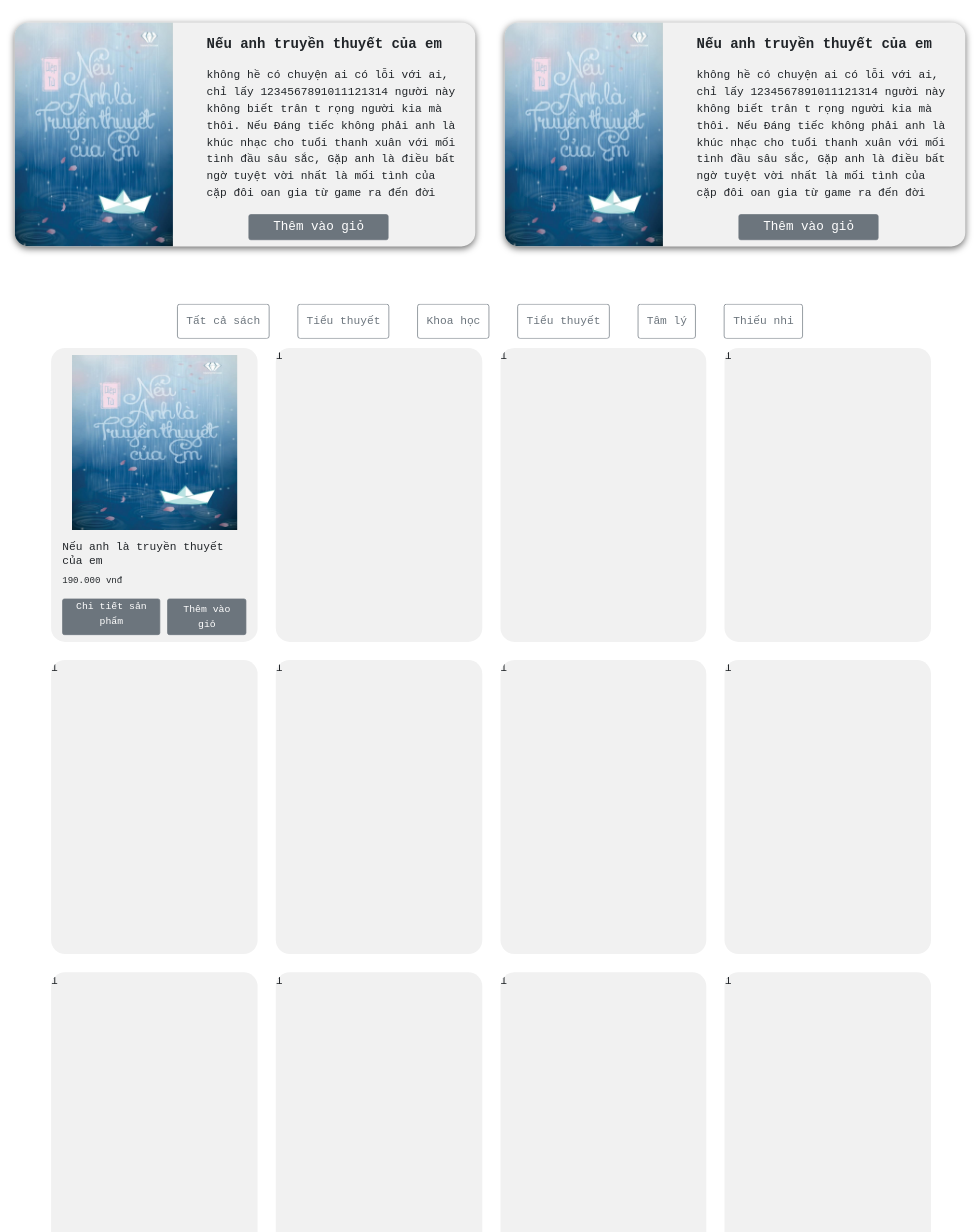
Repository: VuNgocLong2626/exercise_web_CT428
Page: VuNgocLongB1805784/user/test.html
The author's editor kept a copy of each file at every save. The page is drawn from the files as they stood at one save, then again after the next save.
The browser window is 1280 px wide. The page is 1400 px wide, so the pictures cover 1400 px, including what lies to the right of the window. The pictures show the part of the page from y = 760 to 2520 px (the page is 3000 px tall), at 70% of full size.

Above is the page before, as saved 2021-10-04 14:58:15.

### VuNgocLongB1805784/user/test.html
<!doctype html>
<html lang="en">
  <head>
    <!-- Required meta tags -->
    <meta charset="utf-8">
    <meta name="viewport" content="width=device-width, initial-scale=1">

    <!-- Bootstrap CSS -->
    <link href="https://cdn.jsdelivr.net/npm/bootstrap@5.0.2/dist/css/bootstrap.min.css" rel="stylesheet" integrity="sha384-EVSTQN3/azprG1Anm3QDgpJLIm9Nao0Yz1ztcQTwFspd3yD65VohhpuuCOmLASjC" crossorigin="anonymous">
    <link rel="stylesheet" href="./css/test.css">
    <title>Document</title>
</head>
<body>
    <!-- <div class="header" style="margin-top: 400px;">
        <img src="./image/logo120.png" alt="hinh logo" style="margin-left: 40px;">
        <div class="ahihi">
            <div class="login">Login</div>
            <div class="Register">Register</div>
        </div>
    </div> -->
    <div class="main-contens">
        <div class="header">
            <img src="./image/logo120.png" alt="hinh logo" style="margin-left: 40px;">
            <div class="from-individual">
                <button type="button" class="btn btn-outline-secondary" style="margin-right: 20px;">Login</button>
                <button type="button" class="btn btn-outline-secondary">Register</button>
            </div>
        </div>
        <div class="baner" >
            <img src="./image/4-2.png" alt="">
        </div>
        <div class="selling-products">
            <div class="title">Sản phẩm Bán chạy nhất</div>
            <div class="information-hot">
                <div class="selling">
                    <div class="row row-style">
                        <div class="col-5">
                            <img src="./image/TT1.jpg" alt="" style="height: 320px;">
                        </div>
                        <div class="col-7">
                            <h5 class="title-hot">Nếu anh truyền thuyết của em</h5>
                            <div class="content-hot">
                                <p>không hề có chuyện ai có lỗi với ai, chỉ lấy 1234567891011121314 người này không biết trân t
                                    rọng người kia mà thôi. Nếu Đáng tiếc không phải anh là khúc nhạc cho tuổi thanh xuân với mối tình đầu sâu sắc,
                                    Gặp anh là điều bất ngờ tuyệt vời nhất là mối tình của cặp đôi oan gia từ game ra đến đời    </p>
                            </div>
                            <button type="button" class="btn btn-secondary btn-sm btn-hot">Thêm vào giỏ</button>
                        </div>
                    </div>
                </div>
                <div class="selling">
                    <div class="row row-style">
                        <div class="col-5">
                            <img src="./image/TT1.jpg" alt="" style="height: 320px;">
                        </div>
                        <div class="col-7">
                            <h5 class="title-hot">Nếu anh truyền thuyết của em</h5>
                            <div class="content-hot">
                                <p>không hề có chuyện ai có lỗi với ai, chỉ lấy 1234567891011121314 người này không biết trân t
                                    rọng người kia mà thôi. Nếu Đáng tiếc không phải anh là khúc nhạc cho tuổi thanh xuân với mối tình đầu sâu sắc,
                                    Gặp anh là điều bất ngờ tuyệt vời nhất là mối tình của cặp đôi oan gia từ game ra đến đời    </p>
                            </div>
                            <button type="button" class="btn btn-secondary btn-sm btn-hot">Thêm vào giỏ</button>
                        </div>
                    </div>
                </div>
            </div>
        </div>
        <div class="all-products">
            <nav>
                <button type="button" class="btn btn-outline-secondary">Tất cả sách</button>
                <button type="button" class="btn btn-outline-secondary">Tiểu thuyết</button>
                <button type="button" class="btn btn-outline-secondary">Khoa học</button>
                <button type="button" class="btn btn-outline-secondary">Tiểu thuyết</button>
                <button type="button" class="btn btn-outline-secondary">Tâm lý</button>
                <button type="button" class="btn btn-outline-secondary">Thiếu nhi</button>
            </nav>
            <div class="products">
                <div class="books">
                    <div class="card" style="width: 100%; border: none; background-color: #f1f1f1;">
                        <div>
                            <img src="./image/TT1.jpg" alt="..." style="height: 250px;width: 80%;margin-left: 30px; margin-top: 10px;">
                        </div>
                        <div class="card-body" style="font-size: 13px;">
                            <h6 class="card-title">Nếu anh là truyền thuyết của em</h6>
                            <p>190.000 vnđ</p>
                            <div style="display: flex;">
                                <a href="#" class="btn btn-secondary btn-sm" style="margin-right: 10px;padding: 0px;width: 150px;">Chi tiết sản phẩm</a>
                                <a href="#" class="btn btn-secondary btn-sm">Thêm vào giỏ</a>
                            </div>
                        </div>
                    </div>
                </div>
                <div class="books">1</div>
                <div class="books">1</div>
                <div class="books">1</div>
                <div class="books">1</div>
                <div class="books">1</div>
                <div class="books">1</div>
                <div class="books">1</div>
                <div class="books">1</div>
                <div class="books">1</div>
                <div class="books">1</div>
                <div class="books">1</div>
            </div>
        </div>

        <footer>

        </footer>
    </div>
</body>
</html>

### VuNgocLongB1805784/user/css/test.css
* {
    margin: 0;
    padding: 0;
    box-sizing: border-box;
  }

body{
    font-family: 'Courier New', Courier, monospace;
    background-color: rgb(147, 243, 243);
}

.main-contens{
    overflow: auto;
    display: block;
    width: 1400px;
    height: 100%;
    background-color: white;
    margin: 50px auto;
    border-radius: 50px;
    box-shadow:0 3px 30px 0 rgba(0, 0, 0, 0.6);
}

/* header{
    z-index: 1200;
    position: -webkit-sticky;
    position: sticky;
    background-color: red;
    width: 100%;
    height: 100px;
} */

.header{

    position: -webkit-sticky;
    position: sticky;
    height: 120px;
    width: 100%;
    /* background-color: brown;  */
    z-index: 3333;
    justify-content: space-between;
    display: flex;
    align-items: center;
    left: 0;
    top: 0;
}

.from-individual{
    justify-content: flex-end;
    display: flex;
    margin-right: 50px;
}

/* .fa{
    display: inline-block;
    font: normal normal normal 14px/1 FontAwesome;
    text-rendering: auto;
    -webkit-font-smoothing: antialiased;
}

.fa-login{
    content: "\f090";
} */

.login{
    padding: 10px;
}

.register{
    padding: 10px;
}

.main-contens .baner{
    display: flexbox;
    margin: auto;
    /* background: violet; */
    background-image: none;
    background-repeat: no-repeat;
    background-position: center center;
    background-size: cover;
    width: 95%;
    height: 484px;
    margin: auto;
    margin-top: 20px;

}
.baner img{
    box-shadow:0 3px 20px 0 rgba(0, 0, 0, 0.6);
    border-radius: 100px;
    display: block;
    width: 100%;
    height: 474px;
}


.selling-products{
    overflow: auto;
    margin-top: 20px;
    /*  background-color: lawngreen; */
    width: 100%;
    height: 450px;
    /* display: flex; */
}

.selling-products .selling{
    width: 47%;
    height: 320px;
    overflow: auto;
    background-color: #f1f1f1;
    margin: 10px auto;
    box-shadow:0 3px 10px 0 rgba(0, 0, 0, 0.6);
    border-radius: 20px;
    /* padding: 20px; */
    /* font-size: 30px; */
}

.row-style{
    width: 658px;
    height: 320px;
}

.selling-products .title{
    display: block;
    width: 100%;
    height: 15%;
    /* background-color: #f1f1f1; */
    margin: 10px auto;
    padding-left: 40px;
    font-size: 35px;
    font-weight: bold;
    color: #6c757d;

}

.information-hot{
    display: flex;
    width: 100%;
    height: 350px;
}

.title-hot{
    margin: 20px 0;
    font-size: 20px;
    font-weight: bold;
}

.content-hot{
    height: 210px;
    width: 360px;
    overflow: auto;
}

.btn-hot{
    margin: 0 60px;
    font-size: 18px;
    width: 200px;
}

.all-products{
    overflow: auto;
    margin-top: 40px;
    /* background-color: red; */
    width: 100%;
    height: 1500px;
}

.all-products nav{
    overflow: auto;
    margin-top: 10px;
    width: 100%;
    height: 50px;
    /* background-color: rgb(52, 226, 12); */
    display: flex;
    justify-content: center;
}

nav > button{
    margin: 0 20px;
}

.all-products .products{
    /* display: flexbox; */
    overflow: auto;
    width: 100%;
    height: 1400px;
    /* background-color: gold; */
    /* justify-items: center;
    align-content: center; */
    padding-left: 60px;
}

.books{
    overflow: auto;
    float: left;
    width: 22%;
    height: 420px;
    background-color: #f1f1f1;
    margin: 13px 13px;
    border-radius: 20px;
}

.books:hover{
    box-shadow:0 3px 10px 0 rgba(0, 0, 0, 0.6);
    border-radius: 20px;
}

footer{
    margin-top: 15px;
    width: 100%;
    height: 251px;
    background-color: gray;
    border-radius: 0 0 50px 50px;
}

After the next save:
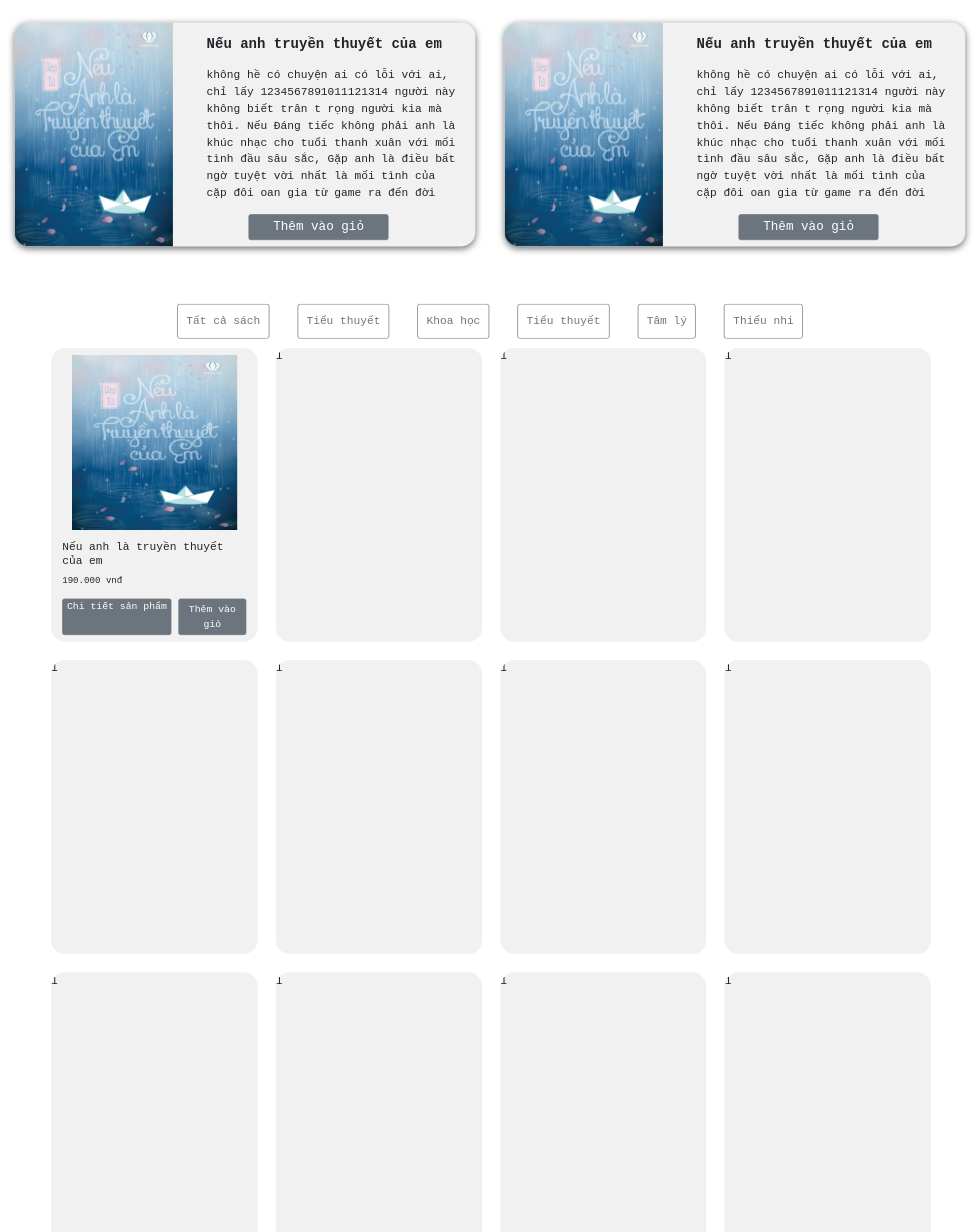
Saved 6 s later.
--- a/VuNgocLongB1805784/user/test.html
+++ b/VuNgocLongB1805784/user/test.html
@@ -85,7 +85,7 @@
                             <h6 class="card-title">Nếu anh là truyền thuyết của em</h6>
                             <p>190.000 vnđ</p>
                             <div style="display: flex;">
-                                <a href="#" class="btn btn-secondary btn-sm" style="margin-right: 10px;padding: 0px;width: 150px;">Chi tiết sản phẩm</a>
+                                <a href="#" class="btn btn-secondary btn-sm" style="margin-right: 10px;padding: 0px;width: 200px;">Chi tiết sản phẩm</a>
                                 <a href="#" class="btn btn-secondary btn-sm">Thêm vào giỏ</a>
                             </div>
                         </div>
